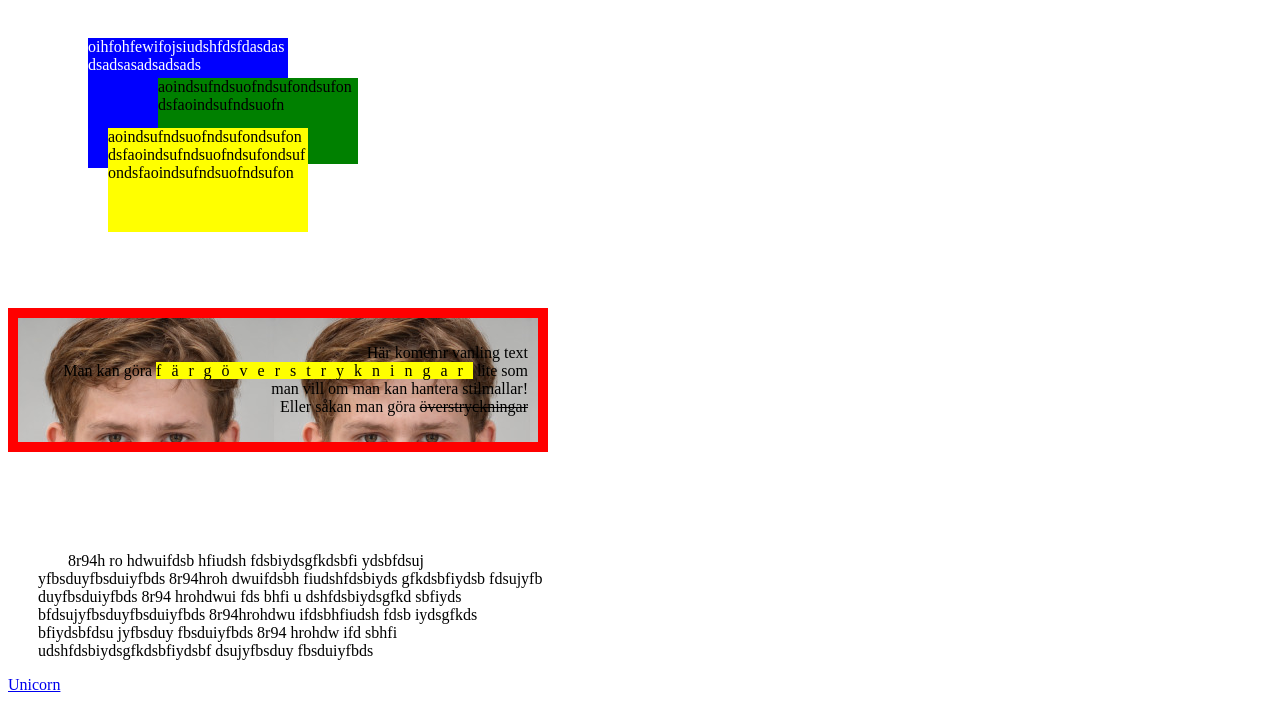
Repository: ViggoSkj/VGY
Page: ovningar/ovning6/ovning6a.html
These files come from the project's save history. The page is drawn as it stood at one moment and after the next save; the edit follows.
The browser window is 1280 px wide. The pictures show the whole page.

Above is the page before, as saved 2022-11-27 11:48:32.

After the next save:
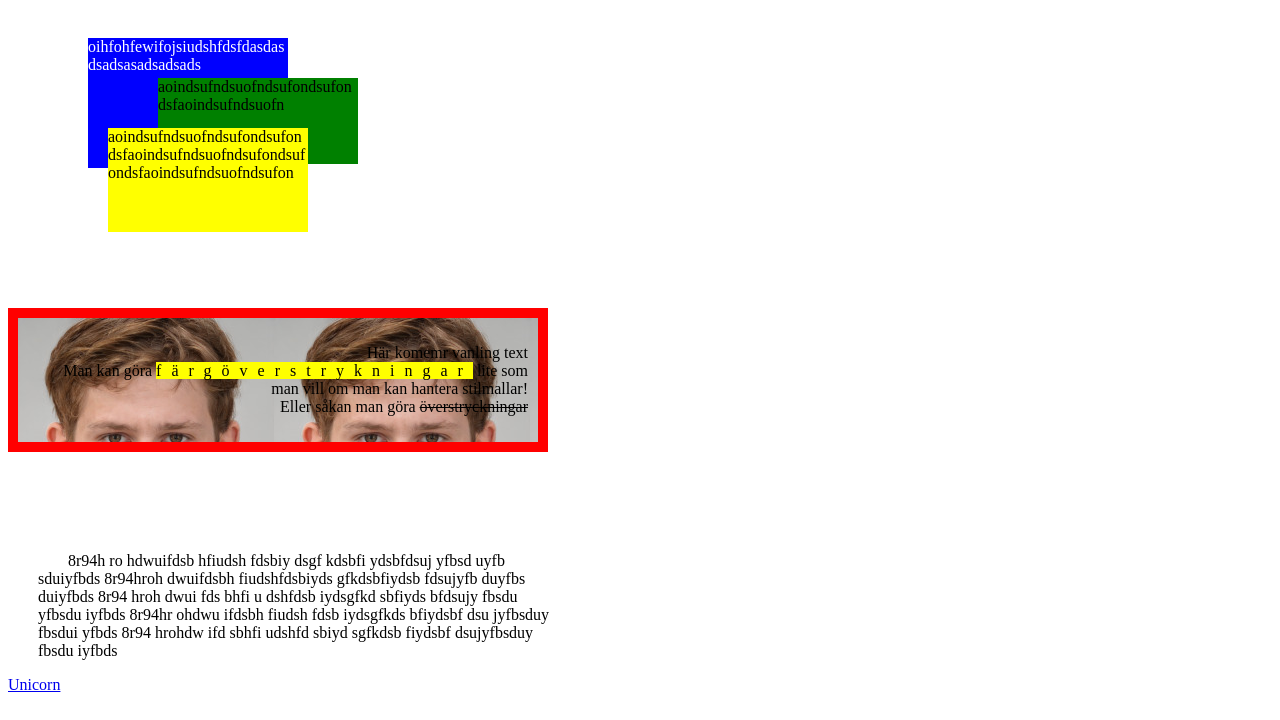
Saved 14 s later.
--- a/ovningar/ovning6/ovning6a.html
+++ b/ovningar/ovning6/ovning6a.html
@@ -32,11 +32,11 @@
 
         <div class="last pw">
             <p>
-                8r94h ro  hdwuifdsb hfiudsh fdsbiydsgfkdsbfi ydsbfdsuj yfbsduyfbsduiyfbds
-                8r94hroh dwuifdsbh fiudshfdsbiyds gfkdsbfiydsb fdsujyfb  duyfbsduiyfbds
-                8r94 hrohdwui fds bhfi u dshfdsbiydsgfkd sbfiyds bfdsujyfbsduyfbsduiyfbds
-                8r94hrohdwu ifdsbhfiudsh fdsb iydsgfkds bfiydsbfdsu jyfbsduy fbsduiyfbds
-                8r94 hrohdw  ifd sbhfi udshfdsbiydsgfkdsbfiydsbf dsujyfbsduy fbsduiyfbds
+                8r94h ro  hdwuifdsb hfiudsh fdsbiy dsgf kdsbfi ydsbfdsuj yfbsd uyfb sduiyfbds
+                8r94hroh dwuifdsbh fiudshfdsbiyds gfkdsbfiydsb fdsujyfb  duyfbs duiyfbds
+                8r94 hroh dwui fds bhfi u dshfdsb iydsgfkd sbfiyds bfdsujy fbsdu yfbsdu iyfbds
+                8r94hr ohdwu ifdsbh fiudsh fdsb iydsgfkds bfiydsbf dsu jyfbsduy fbsdui yfbds
+                8r94 hrohdw  ifd sbhfi udshfd sbiyd sgfkdsb fiydsbf dsujyfbsduy fbsdu iyfbds
             </p>
         </div>
         <div id="myfooter">
